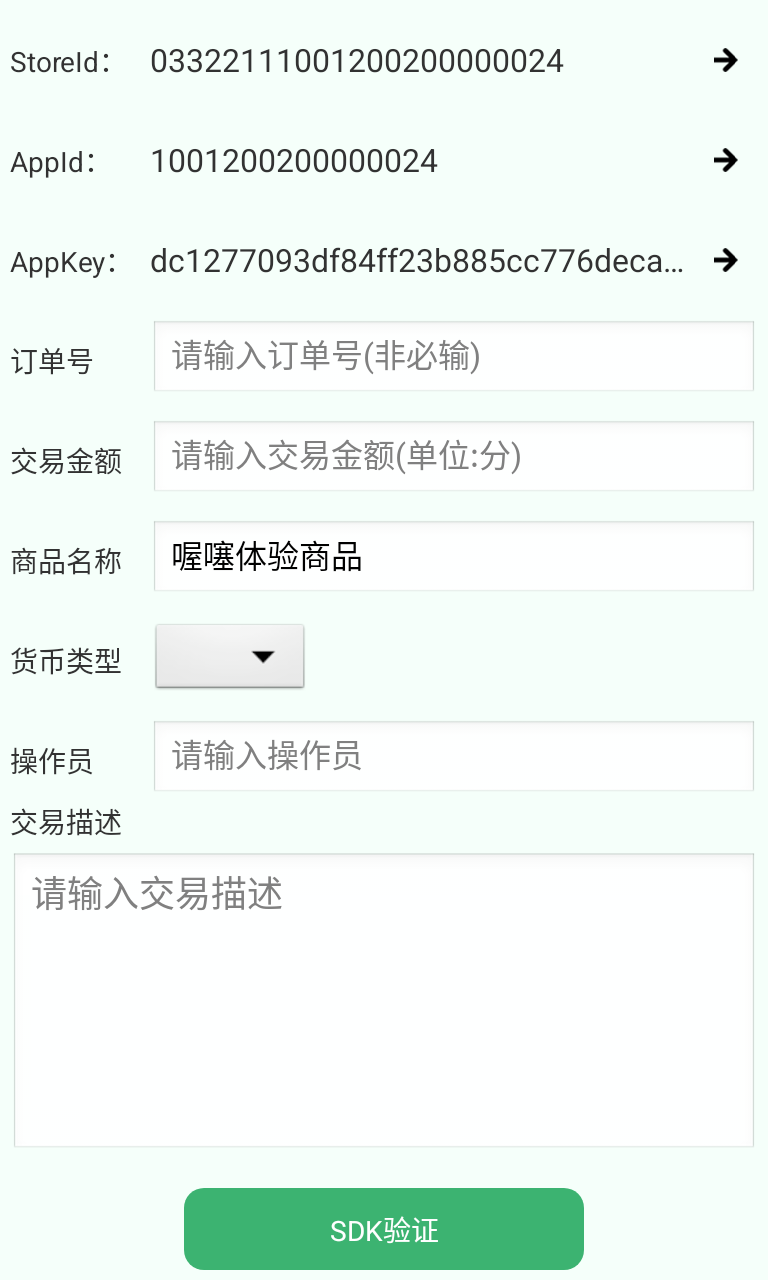
Repository: blanks1314/sysnc_android
Layout: UpayDemo/res/layout/fragment_setting.xml
These files come from the project's save history. The layout is drawn as it stood at one moment and after the next save; the edit follows.
It is drawn on a 768 x 1280 px phone screen (xhdpi) without system bars, with theme AppTheme; the app's code is not run.

Above is the layout before, as saved 2015-04-30 02:24:44.

### UpayDemo/res/layout/fragment_setting.xml
<?xml version="1.0" encoding="utf-8"?>
<LinearLayout xmlns:android="http://schemas.android.com/apk/res/android"
    android:layout_width="match_parent"
    android:layout_height="match_parent"
    android:background="@color/text_result"
    android:orientation="vertical" >

    <LinearLayout style="@style/linear_style_1" >

        <TextView
            android:layout_width="70dp"
            android:layout_height="wrap_content"
            android:text="@string/storeid_" />

        <TextView
            android:id="@+id/tv_storeId"
            style="@style/text_style_1"
            android:text="@string/_03322111001200200000024" />

        <ImageView
            android:id="@+id/iv_1"
            style="@style/img_btn_1"
            android:contentDescription="@null"
            android:src="@drawable/arrow_right" />
    </LinearLayout>

    <LinearLayout style="@style/linear_style_1" >

        <TextView
            android:layout_width="70dp"
            android:layout_height="wrap_content"
            android:text="@string/appid_" />

        <TextView
            android:id="@+id/tv_appId"
            style="@style/text_style_1"
            android:text="@string/_1001200200000024" />

        <ImageView
            android:id="@+id/iv_2"
            style="@style/img_btn_1"
            android:contentDescription="@null"
            android:src="@drawable/arrow_right" />
    </LinearLayout>

    <LinearLayout style="@style/linear_style_1" >

        <TextView
            android:layout_width="70dp"
            android:layout_height="wrap_content"
            android:text="@string/appkey_" />

        <TextView
            android:id="@+id/tv_appKey"
            style="@style/text_style_1"
            android:ellipsize="end"
            android:singleLine="true"
            android:text="@string/dc1277093df84ff23b885cc776deca13" />

        <ImageView
            android:id="@+id/iv_3"
            style="@style/img_btn_1"
            android:contentDescription="@null"
            android:src="@drawable/arrow_right" />
    </LinearLayout>

    <LinearLayout style="@style/linear_style_1" >

        <TextView
            android:layout_width="70dp"
            android:layout_height="wrap_content"
            android:text="@string/_orderid" />

        <EditText
            android:id="@+id/et_orderId"
            style="@style/edit_style_1"
            android:hint="@string/input_orderid" />
    </LinearLayout>

    <LinearLayout style="@style/linear_style_1" >

        <TextView
            android:layout_width="70dp"
            android:layout_height="wrap_content"
            android:text="@string/amount" />

        <EditText
            android:id="@+id/et_amount"
            style="@style/edit_style_1"
            android:hint="@string/input_amount" />
    </LinearLayout>

    <LinearLayout style="@style/linear_style_1" >

        <TextView
            android:layout_width="70dp"
            android:layout_height="wrap_content"
            android:text="@string/subject" />

        <EditText
            android:id="@+id/et_subject"
            style="@style/edit_style_1"
            android:text="@string/input_subject" />
    </LinearLayout>

    <LinearLayout style="@style/linear_style_1" >

        <TextView
            android:layout_width="70dp"
            android:layout_height="wrap_content"
            android:text="@string/currtype" />

        <Spinner
            android:id="@+id/spn_currType"
            style="@style/spn_style_1" />
    </LinearLayout>

    <LinearLayout style="@style/linear_style_1" >

        <TextView
            android:layout_width="70dp"
            android:layout_height="wrap_content"
            android:text="@string/operator" />

        <EditText
            android:id="@+id/et_operator"
            style="@style/edit_style_1"
            android:hint="@string/input_operator" />
    </LinearLayout>

    <TextView
        android:layout_width="70dp"
        android:layout_height="wrap_content"
        android:layout_marginLeft="5dp"
        android:text="@string/remark" />

    <EditText
        android:id="@+id/et_remark"
        android:layout_width="match_parent"
        android:layout_height="0dp"
        android:layout_margin="5dp"
        android:layout_weight="1"
        android:gravity="left|top"
        android:hint="@string/input_remark"
        android:inputType="textMultiLine"/>

    <Button
        android:id="@+id/btn_check"
        style="@style/btn_style_1"
        android:layout_marginBottom="5dp"
        android:text="SDK验证"
        android:layout_gravity="center_horizontal"/>

</LinearLayout>

### UpayDemo/res/values/styles.xml
<resources xmlns:android="http://schemas.android.com/apk/res/android">

    <!--
        Base application theme, dependent on API level. This theme is replaced
        by AppBaseTheme from res/values-vXX/styles.xml on newer devices.




    -->
    <style name="AppBaseTheme" parent="Theme.AppCompat.Light">
        <!--
            Theme customizations available in newer API levels can go in
            res/values-vXX/styles.xml, while customizations related to
            backward-compatibility can go here.




        -->
    </style>

    <!-- Application theme. -->
   <!--  <style name="AppTheme" parent="AppBaseTheme">
        All customizations that are NOT specific to a particular API-level can go here.
    </style> -->

    <style name="AppTheme" parent="Theme.AppCompat.Light">
        <item name="tabView">@style/TabView</item>
        <item name="tabPageIndicator">@style/TabIndicator</item>
    </style>

    <style name="TabIndicator" />

    <style name="TabView">
        <item name="android:addStatesFromChildren">true</item>
        <item name="android:orientation">vertical</item>
        <item name="android:gravity">bottom|center_horizontal</item>
        <item name="android:layout_width">0dp</item>
        <item name="android:background">@android:color/white</item>
        <item name="android:layout_height">match_parent</item>
    </style>

    <style name="text_style_1">
        <item name="android:textSize">16sp</item>
        <item name="android:layout_width">0dp</item>
        <item name="android:layout_weight">1</item>
        <item name="android:layout_height">fill_parent</item>
        <item name="android:gravity">center_vertical</item>
        <item name="android:ellipsize">marquee</item>
        <item name="android:singleLine">true</item>
    </style>
    <style name="edit_style_1">
        <item name="android:textSize">16sp</item>
        <item name="android:layout_width">0dp</item>
        <item name="android:layout_weight">1</item>
        <item name="android:layout_height">fill_parent</item>
        <item name="android:gravity">center_vertical</item>
    </style>

    <style name="spn_style_1">
        <item name="android:textSize">10sp</item>
        <item name="android:layout_width">wrap_content</item>
        <item name="android:layout_height">fill_parent</item>
    </style>

    <style name="linear_style_1">
        <item name="android:layout_width">match_parent</item>
        <item name="android:gravity">center_vertical</item>
        <item name="android:layout_height">40dp</item>
        <item name="android:orientation">horizontal</item>
        <item name="android:layout_marginLeft">5dp</item>
        <item name="android:layout_marginRight">5dp</item>
        <item name="android:layout_marginTop">10dp</item>
    </style>

    <style name="img_btn_1">
        <item name="android:layout_width">wrap_content</item>
        <item name="android:layout_height">wrap_content</item>
        <item name="android:padding">10dp</item>

    </style>


    <style name="btn_style_1">
        <item name="android:layout_width">200dp</item>
        <item name="android:layout_height">wrap_content</item>
        <item name="android:background">@drawable/btn_selecter</item>
        <item name="android:textColor">@color/white</item>
        <item name="android:layout_marginTop">10dp</item>
    </style>

    <style name="btn_style_2">
        <item name="android:layout_width">100dp</item>
        <item name="android:layout_height">wrap_content</item>
        <item name="android:background">@drawable/btn_selecter</item>
        <item name="android:textColor">@color/white</item>
        <item name="android:layout_marginTop">10dp</item>
    </style>

</resources>

### UpayDemo/res/values/attrs.xml
<?xml version="1.0" encoding="utf-8"?>
<resources>
    <declare-styleable name="TabView">
        <attr name="tabPageIndicator" format="reference" />
        <attr name="tabView" format="reference" />
    </declare-styleable>

    <string-array name="currTypes">
        <item >RMB(156)</item>
    </string-array>
</resources>

### UpayDemo/res/values/color.xml
<?xml version="1.0" encoding="utf-8"?>
<resources>

    <color name="white">#FFFFFF</color>
    <color name="tab_text_normal">#696969</color>
    <color name="tab_text_selected">#73bf40</color>
    <color name="btn_selecter_1">#3CB371</color>
    <color name="btn_selecter_2">#FFA500</color>
    <color name="text_result">#F5FFFA</color>
    <color name="gray">#dcdcdc</color>

</resources>

### UpayDemo/res/values/strings.xml
<?xml version="1.0" encoding="utf-8"?>
<resources>

    <string name="app_name">UpayDemo</string>
    <string name="hello_world">Hello world!</string>
    <string name="storeid_">StoreId：</string>
    <string name="_03322111001200200000024">03322111001200200000024</string>
    <string name="appid_">AppId：</string>
    <string name="_1001200200000024">1001200200000024</string>
    <string name="appkey_">AppKey：</string>
    <string name="dc1277093df84ff23b885cc776deca13">dc1277093df84ff23b885cc776deca13</string>
    <string name="_orderid">订单号</string>
    <string name="input_orderid">请输入订单号(非必输)</string>
    <string name="amount">交易金额</string>
    <string name="input_amount">请输入交易金额(单位:分)</string>
    <string name="subject">商品名称</string>
    <string name="input_subject">喔噻体验商品</string>
    <string name="currtype">货币类型</string>
    <string name="operator">操作员</string>
    <string name="input_operator">请输入操作员</string>
    <string name="remark">交易描述</string>
    <string name="input_remark">请输入交易描述</string>
    <string name="setting">设置</string>

</resources>

### UpayDemo/res/drawable/btn_selecter.xml
<?xml version="1.0" encoding="utf-8"?>
<selector xmlns:android="http://schemas.android.com/apk/res/android">

    <item android:state_pressed="true"><shape android:shape="rectangle">

            <!-- 填充的颜色 -->
            <solid android:color="@color/btn_selecter_2" />
            <!-- 设置按钮的四个角为弧形 -->
            <!-- android:radius 弧形的半径 -->
            <corners android:radius="10dip" />

            <!-- padding：Button里面的文字与Button边界的间隔 -->
            <padding android:bottom="10dp" android:left="10dp" android:right="10dp" android:top="10dp" />
        </shape></item>
         <item android:state_selected="false"><shape android:shape="rectangle">

            <!-- 填充的颜色 -->
            <solid android:color="@color/btn_selecter_1" />
            <!-- 设置按钮的四个角为弧形 -->
            <!-- android:radius 弧形的半径 -->
            <corners android:radius="10dip" />

            <!-- padding：Button里面的文字与Button边界的间隔 -->
            <padding android:bottom="10dp" android:left="10dp" android:right="10dp" android:top="10dp" />
        </shape></item>

</selector>

Loaded but not shown: UpayDemo/res/values-v11/styles.xml (common file); UpayDemo/res/values-v14/styles.xml (common file); UpayDemo/res/values/values.xml (657 lines, source omitted)

After the next save:
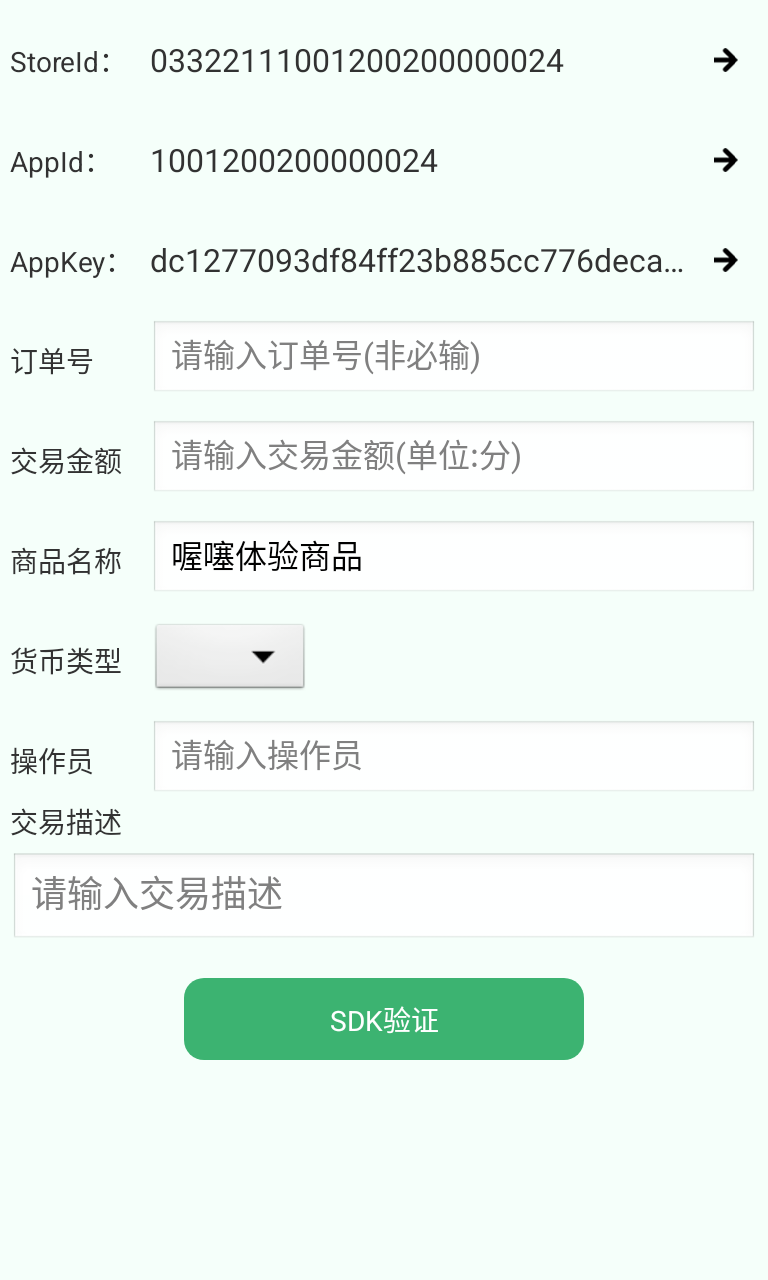
Saved 44 s later.
--- a/UpayDemo/res/layout/fragment_setting.xml
+++ b/UpayDemo/res/layout/fragment_setting.xml
@@ -137,12 +137,11 @@
     <EditText
         android:id="@+id/et_remark"
         android:layout_width="match_parent"
-        android:layout_height="0dp"
+        android:layout_height="wrap_content"
         android:layout_margin="5dp"
-        android:layout_weight="1"
         android:gravity="left|top"
         android:hint="@string/input_remark"
-        android:inputType="textMultiLine"/>
+        android:inputType="textMultiLine" />
 
     <Button
         android:id="@+id/btn_check"

After the save that followed:
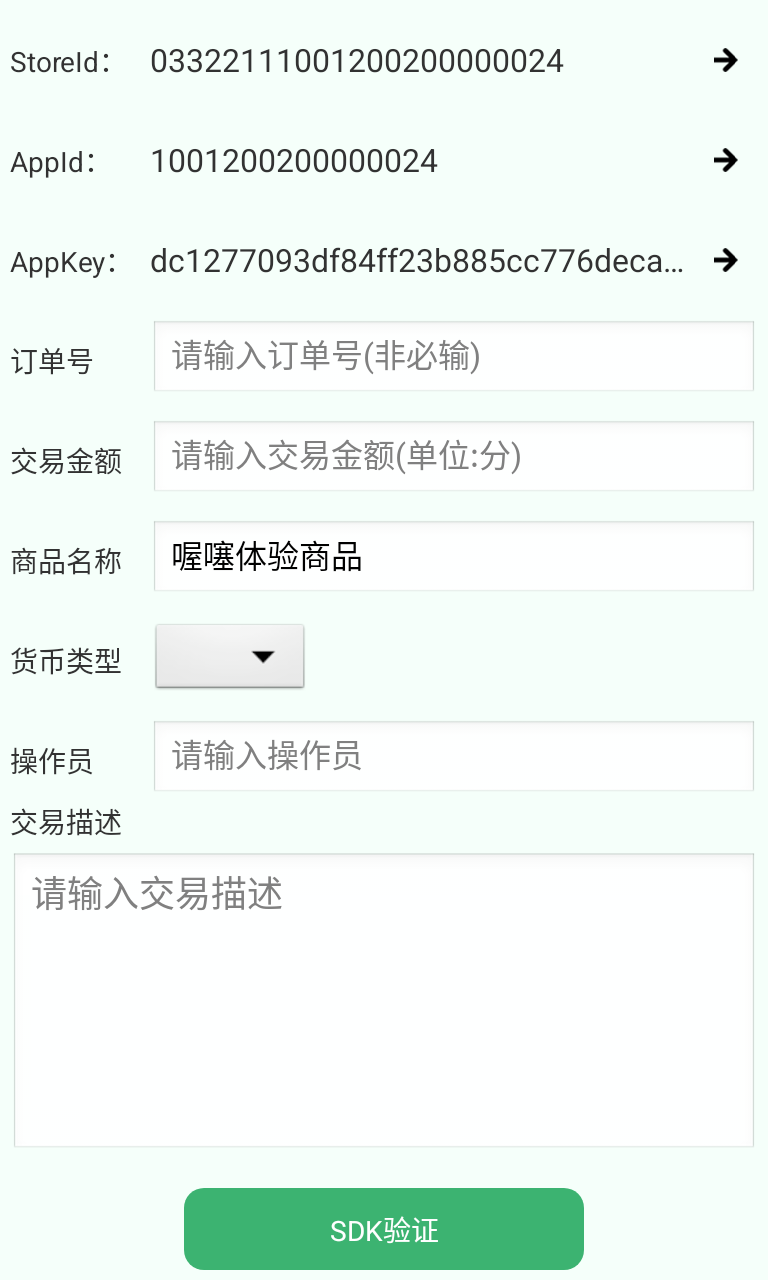
Saved 22 s later.
--- a/UpayDemo/res/layout/fragment_setting.xml
+++ b/UpayDemo/res/layout/fragment_setting.xml
@@ -137,11 +137,12 @@
     <EditText
         android:id="@+id/et_remark"
         android:layout_width="match_parent"
-        android:layout_height="wrap_content"
+        android:layout_height="0dp"
         android:layout_margin="5dp"
+        android:layout_weight="1"
         android:gravity="left|top"
         android:hint="@string/input_remark"
-        android:inputType="textMultiLine" />
+        android:inputType="textMultiLine"/>
 
     <Button
         android:id="@+id/btn_check"
